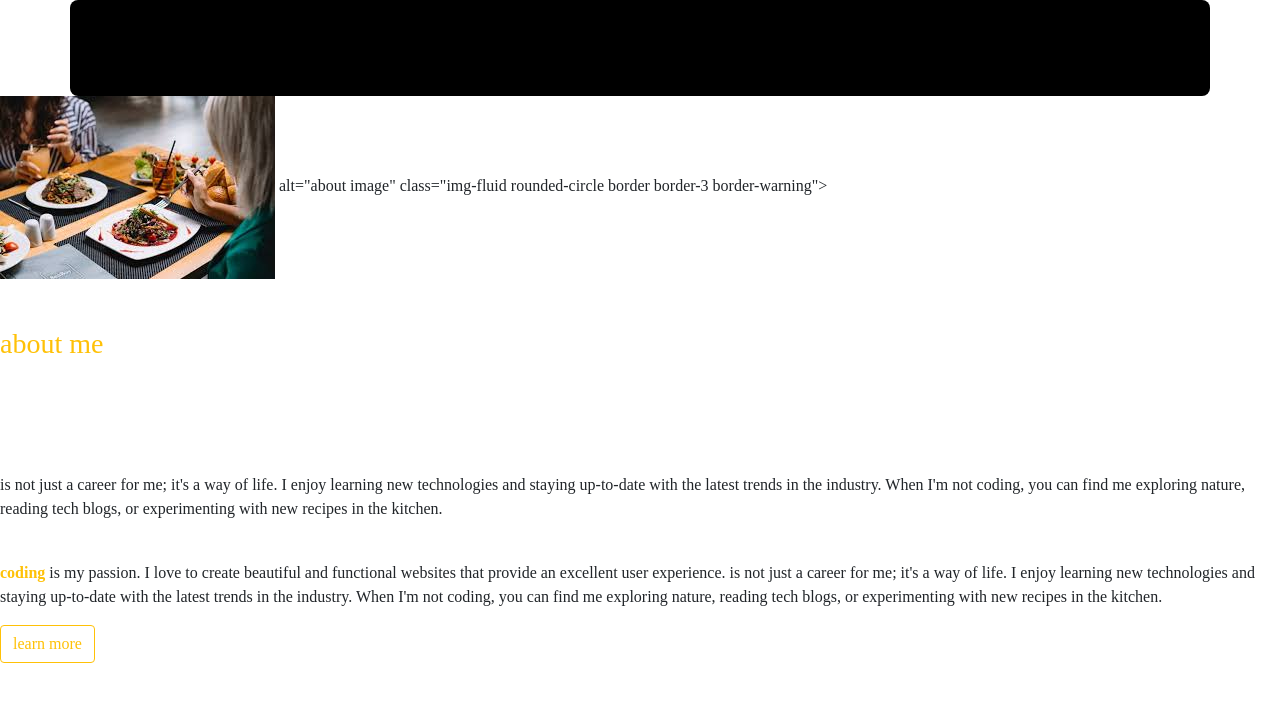
Repository: abeera518/part-2
Page: about.html
These files come from the project's save history. The page is drawn as it stood at one moment and after the next save; the edit follows.
The browser window is 1280 px wide. The pictures show the whole page.

Above is the page before, as saved 2025-11-20 23:20:33.

### about.html
<html lang="en">

<head>
    <meta charset="UTF-8">
    <meta name="viewport" content="width=device-width, initial-scale=1.0">
    <link href="https://cdn.jsdelivr.net/npm/bootstrap@5.0.2/dist/css/bootstrap.min.css" rel="stylesheet"
        integrity="sha384-EVSTQN3/azprG1Anm3QDgpJLIm9Nao0Yz1ztcQTwFspd3yD65VohhpuuCOmLASjC" crossorigin="anonymous">
    <link rel="stylesheet" href="style.css">
    <title>Document</title>
</head>

<body>
    <div id="about" class="container about p-5"></div>
    <div class="row"></div>
    <div class="col-6"></div>
    <img src=download.jpg> alt="about image" class="img-fluid rounded-circle border border-3 border-warning">
    <div class="col-6 pt-5 pl-5 pb-5 text-white">
        <h3 class="text-warning">about me</h3>
        <h1 class="m-heading">a little bit about me</h1>
    </div>
    <p>
        <b class="text-warning"> </b> <b class="text-warning"></b> is not just a career for me; it's a way of
        life. I enjoy learning new technologies and staying up-to-date with the latest trends in the industry. When I'm
        not coding, you can find me exploring nature, reading tech blogs, or experimenting with new recipes in the
        kitchen.
    </p>
    <br />
    <p>
        <b class="text-warning">coding</b> is my passion. I love to create beautiful and functional websites that
        provide an excellent user experience.<b class="text-warning"></b> is not just a career for me; it's a way of
        life. I enjoy learning new technologies and staying up-to-date with the latest trends in the industry. When I'm
        not coding, you can find me exploring nature, reading tech blogs, or experimenting with new recipes in the
        kitchen.
    </p>
    <button class="btn btn-outline-warning">learn more</button>
</body>

</html>

### style.css
html {
    scroll-behavior: smooth;
}

body {
    background-color: black(9, 83, 148);
    font-family: "Baloo Tamma 2", cursive;
}

.m-heading {
    font-family: "Roboto slab", serif;
}

.text-white {
    color: rgb(218, 23, 23);
}

.main-container {
    height: 100vh;
    display: flex;
    justify-content: center;
    align-items: center;
    flex-direction: column;
    background-image: url(download.jpg);
    background-repeat: no-repeat;
    background-size: cover;
    background-attachment: fixed;
}

.main row {
    display: flex;
    justify-content:
        center;
    align-items: center;
}

.main row h1 {
    font-size: 5rem
}

.main_row img {
    width: auto;
    height: 100vh;
}

.about {
    background: black;
    border-radius: 0.5rem;
}

.card {
    border-bottom: 8px solid
}

After the next save:
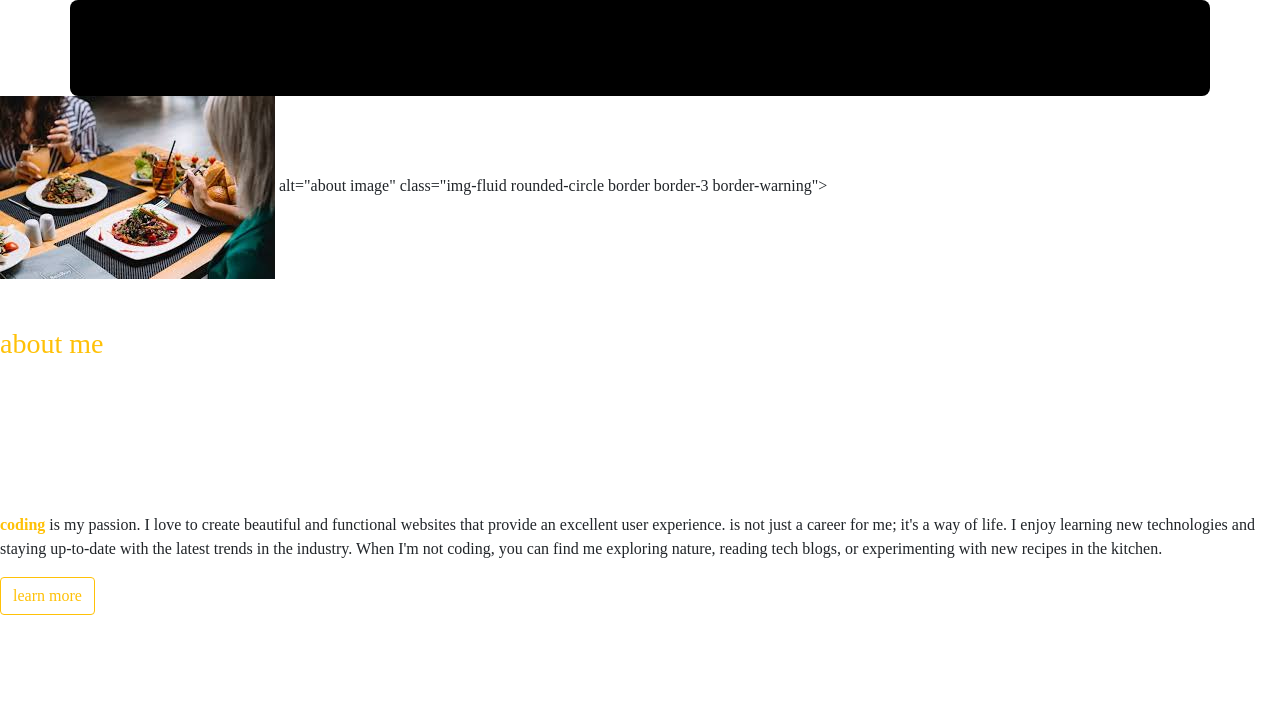
Saved 6 s later.
--- a/about.html
+++ b/about.html
@@ -19,10 +19,7 @@
         <h1 class="m-heading">a little bit about me</h1>
     </div>
     <p>
-        <b class="text-warning"> </b> <b class="text-warning"></b> is not just a career for me; it's a way of
-        life. I enjoy learning new technologies and staying up-to-date with the latest trends in the industry. When I'm
-        not coding, you can find me exploring nature, reading tech blogs, or experimenting with new recipes in the
-        kitchen.
+        <b class="text-warning"> </b> <b class="text-warning"></b>
     </p>
     <br />
     <p>
